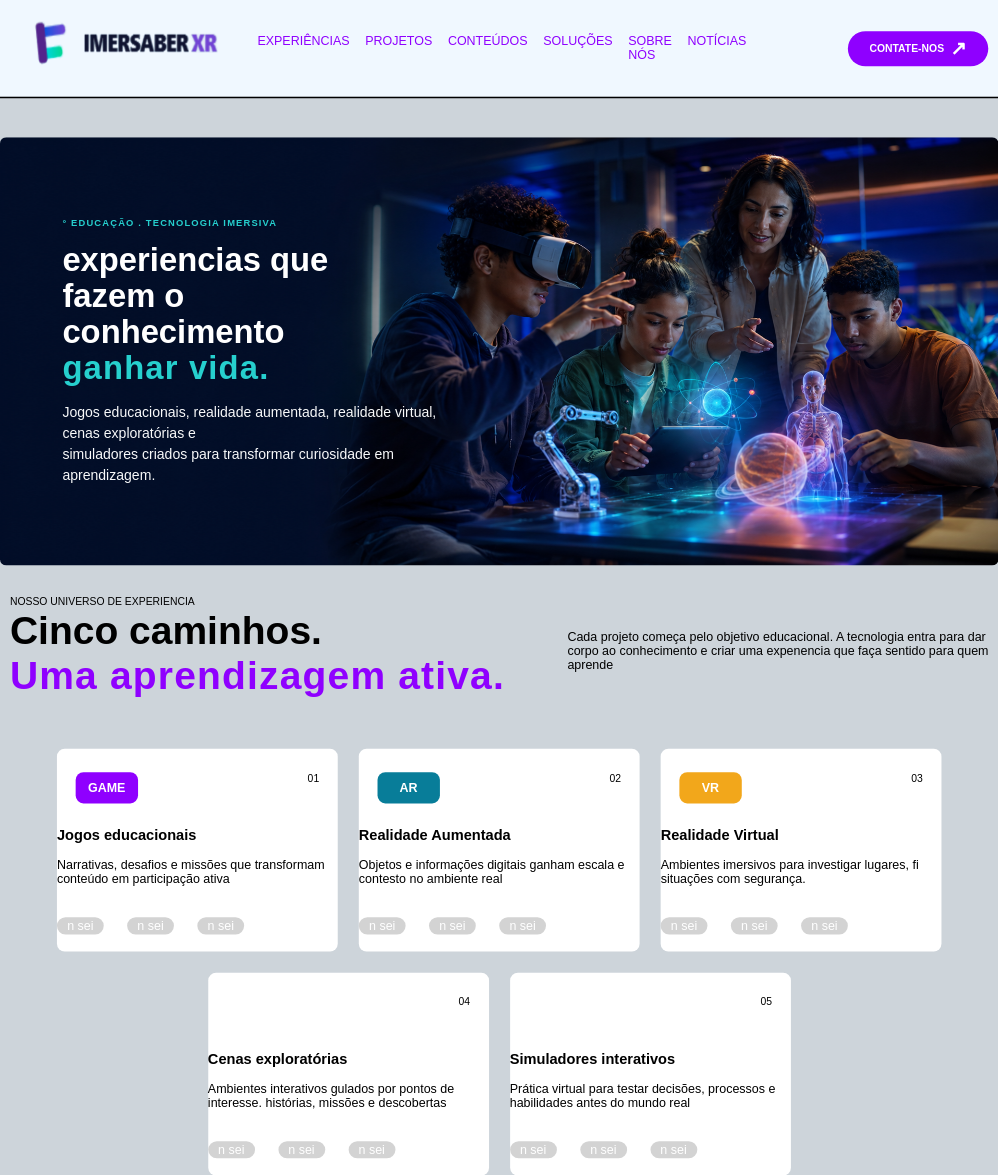
Repository: antonymsantana-design/Avaliacao.Parte.01
Page: html/index.html
The author's editor kept a copy of each file at every save. The page is drawn from the files as they stood at one save, then again after the next save.
The browser window is 1280 px wide. The pictures show the whole page, at 78% of full size.

Above is the page before, as saved 2026-08-29 21:08:36.

### html/index.html
<!DOCTYPE html>
<html lang="pt-br">

<head>
    <meta charset="UTF-8">
    <meta name="viewport" content="width=device-width, initial-scale=1.0">
    <title>avaliação </title>
    <link rel="stylesheet" href="../css/Style.css">
</head>
<header>
    <div class="conteudoH" id="conteudoH">
        <div class="imagem" id="imagem">
            <img src="../images/Design sem nome.png" alt="logo" class="logoIMG" id="logoIMG">
        </div>
        <div class="links" id="links">
            <a href="#">EXPERIÊNCIAS</a>
            <a href="#">PROJETOS</a>
            <a href="#">CONTEÚDOS</a>
            <a href="#">SOLUÇÕES</a>
            <a href="#">SOBRE NÓS</a>
            <a href="#">NOTÍCIAS</a>
        </div>
        <div class="btnDiv" id="btnDiv">
            <button class="btn" id="btn">
                <div class="btnTxt" id="btnTxt">
                    <p>CONTATE-NOS</p>
                </div>
                <div class="emoji" id="emoji">
                    <p>↗</p>
                </div>
            </button>
        </div>
    </div>
</header>

<body>


    <div class="conteudoBanner">
        <img src="../images/hero-banner-imersaber.png" alt="banner">
        <div class="txtBanner" id="txtBanner">
            <span>° EDUCAÇÃO . TECNOLOGIA IMERSIVA</span>
            <h1>experiencias que <br> fazem o <br> conhecimento <br> <span class="spn">ganhar vida. </span></h1>
            <p>Jogos educacionais, realidade aumentada, realidade virtual, cenas exploratórias e<br>
                simuladores criados para transformar curiosidade em aprendizagem.</p>
        </div>
    </div>

    <BR></BR>

    <div class="titulo" id="titulo">
        <div class="eTitulo">
            <small>NOSSO UNIVERSO DE EXPERIENCIA</small>
            <h1 class="eH1">Cinco caminhos. <br>
                <span>Uma aprendizagem ativa.</span>
            </h1>
        </div>
        <div class="dTitulo">
            <p>Cada projeto começa pelo objetivo educacional. A tecnologia entra para dar <br> corpo ao conhecimento e
                criar uma expenencia que faça sentido para quem <br> aprende</p>
        </div>
    </div>

    <div class="cards">

        <div class="card1">
            <div class="cima">
                <p class="crd1">GAME</p>
                <small>01</small>
            </div>
            <div class="meio">
                <h3>
                    Jogos educacionais
                </h3> <br>
                <p>Narrativas, desafios e missões que transformam conteúdo em participação ativa</p>
            </div>
            <div class="baixo">
                <!-- não consegui ler oque estava escrito nessa parte  -->
                <p> n sei</p>
                <p> n sei</p>
                <p> n sei</p>
            </div>
        </div>

        <div class="card1">
            <div class="cima">
                <p class="crd2">AR</p>
                <small>02</small>
            </div>
            <div class="meio">
                <h3>
                    Realidade Aumentada
                </h3> <br>
                <p>Objetos e informações digitais ganham escala e contesto no
ambiente real</p>
            </div>
            <div class="baixo">
                <p> n sei</p>
                <p> n sei</p>
                <p> n sei</p>
            </div>
        </div>

        <div class="card1">
            <div class="cima">
                <p class="crd3">VR</p>
                <small>03</small>
            </div>
            <div class="meio">
                <h3>
                    Realidade Virtual
                </h3> <br>
                <p>Ambientes imersivos para investigar lugares, fi situações com segurança.</p>
            </div>
            <div class="baixo">
                <p> n sei</p>
                <p> n sei</p>
                <p> n sei</p>
            </div>
        </div>

        <div class="card1">
            <div class="cima">
                <p class="crd4">CENA</p>
                <small>04</small>
            </div>
            <div class="meio">
                <h3>
                    Cenas exploratórias
                </h3> <br>
                <p>Ambientes interativos gulados por pontos de interesse. histórias, missões e descobertas</p>
            </div>
            <div class="baixo">
                <p> n sei</p>
                <p> n sei</p>
                <p> n sei</p>
            </div>
        </div>

        <div class="card1">
            <div class="cima">
                <p class="crd5">SIM</p>
                <small>05</small>
            </div>
            <div class="meio">
                <h3>
                    Simuladores interativos
                </h3> <br>
                <p>Prática virtual para testar decisões, processos e habilidades antes do mundo real</p>
            </div>
            <div class="baixo">
                <p> n sei</p>
                <p> n sei</p>
                <p> n sei</p>
            </div>
        </div>

    </div>

</body>

</html>

### css/Style.css
* {
    padding: 0px;
    margin: 0px;
    font-family: Arial, Helvetica, sans-serif;
}

body{
    background-color: rgb(205, 212, 218);
}

header {
    background-color: aliceblue;
    border-bottom: 2px solid black;
}

.conteudo {
    margin-top: 5px;
}

.conteudoH {
    display: flex;
    justify-content: space-between;
    padding-right: 100px;
    align-items: center;
}

a {
    text-decoration: none;
    color: #8f00ff;
}

.logoIMG {
    width: 330px;
    height: 120px;
}

.links {
    display: flex;
    gap: 20px;
    justify-content: center;
    padding-right: 130px;
}

.btn {
    display: flex;
    justify-content: center;
    width: 180px;
    height: 45px;
    background-color: #8F00FF;
    font-weight: 800;
    border: none;
    border-radius: 25px;
    color: white;
    align-items: center;
    gap: 8px;
}

.emoji {
    font-size: 25px;
}

/*parte banner*/

.txtBanner p {
    margin: 0;
    font-size: 18px;
    color: #f8f9fa;
}

.conteudoBanner {
    position: relative;
    width: 100%;
    margin: 50px auto 0;
}

.conteudoBanner img {
    width: 100%;
    height: auto;
    display: block;
    border-radius: 8px;
}

.txtBanner {
    position: absolute;
    top: 50%;
    left: 80px;
    color: white;
    transform: translateY(-50%);
    max-width: 500px;
    font-family: sans-serif;
}

span {
    font-size: 12px;
    letter-spacing: 1.5px;
    font-weight: bold;
    color: #26d0ce;
    display: block;
    margin-bottom: 15px;
}

.txtBanner h1 {
    font-size: 42px;
    font-weight: 800;
    line-height: 1.1;
    margin: 0 0 20px 0;
}

.spn {
        font-size: 42px;
    color: #26d0ce;
}

.txtBanner {
    font-size: 14px;
    line-height: 1.5;
}

/*parte 3*/

.titulo{
    display: flex;
    justify-content: center;
    gap: 80px;
    margin-bottom: 50px;
}

.dTitulo{
    display: flex;
    justify-content: center;
    align-items: center;
}

.eH1{
    font-size: 50px;
}

.eH1 span{
    color: #8F00FF;
   font-size: 50px;
}

.card1{
    padding-top: 30px;
    width: 360px;
    height: 230px;
    background-color: white;
    border-radius: 10px;
}

.cima{
    display: flex;
    justify-content: space-around;
    gap: 170px;
    margin-bottom: 30px;
}

.cima p{
    color: white;
    width: 80px;
    height: 40px;
    border-radius: 10px;
    display: flex;
    justify-content: center;
    align-items: center;
    font-weight: bold;
}

.baixo{
    display: flex;
    justify-content: left;
    align-items: center;
    gap: 30px;
    color: white;
}

.meio{
    margin-bottom: 40px;
}

.baixo p{
    background-color: lightgrey;
    width: 60px;
    height: 22px;
    border-radius: 15px;
     display: flex;
    justify-content: center;
    align-items: center;
}

.cards{
    display: flex;
    justify-content: center;
    gap: 27px;
    flex-wrap: wrap;
}

.crd1{
    background-color: #8F00FF;
}

.crd2{
    background-color: #087D99;
}

.crd3{
    background-color: #F2A71B;
}

After the next save:
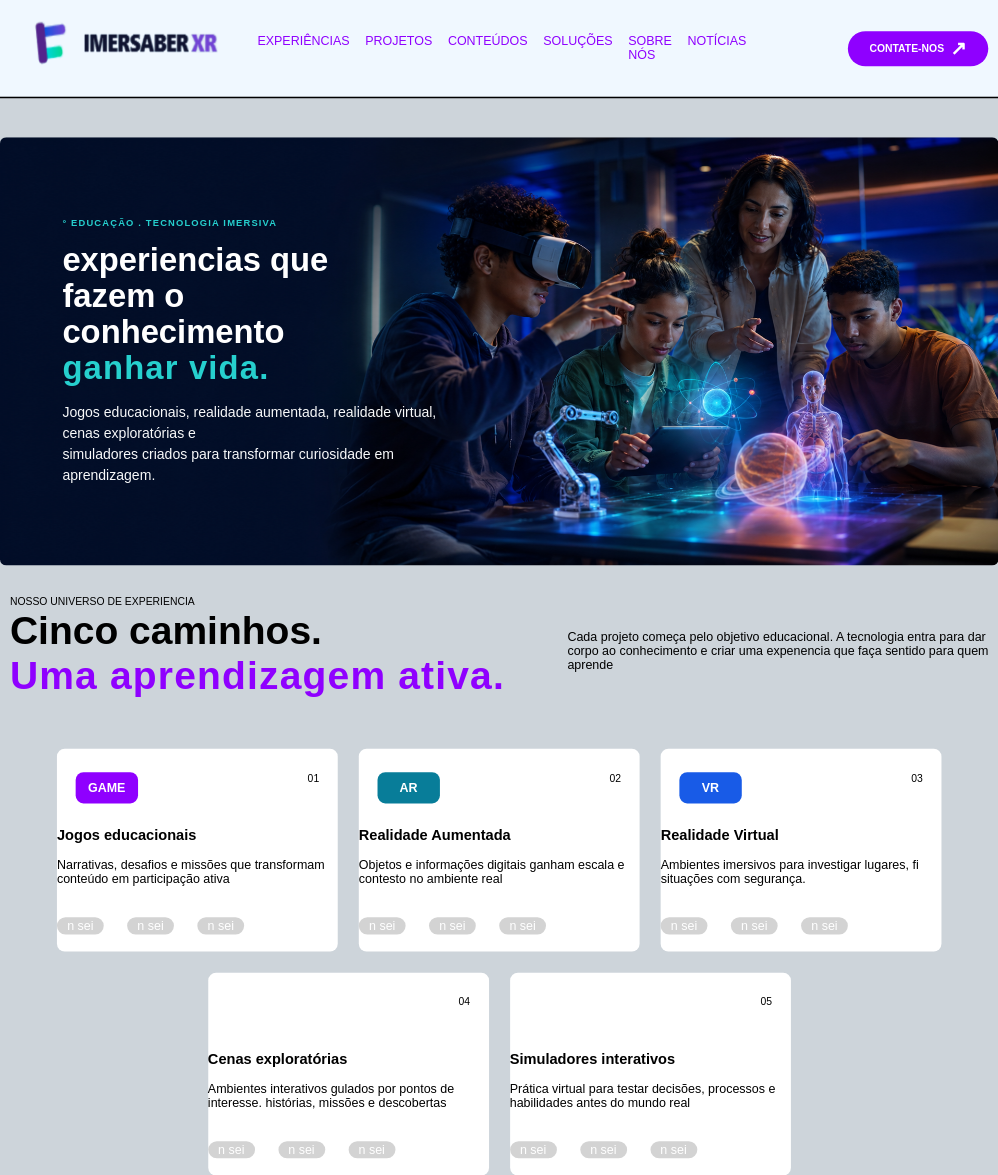
Saved 26 s later.
--- a/css/Style.css
+++ b/css/Style.css
@@ -204,5 +204,5 @@ span {
 }
 
 .crd3{
-    background-color: #F2A71B;
-}
+    background-color: #185BE7;
+}
